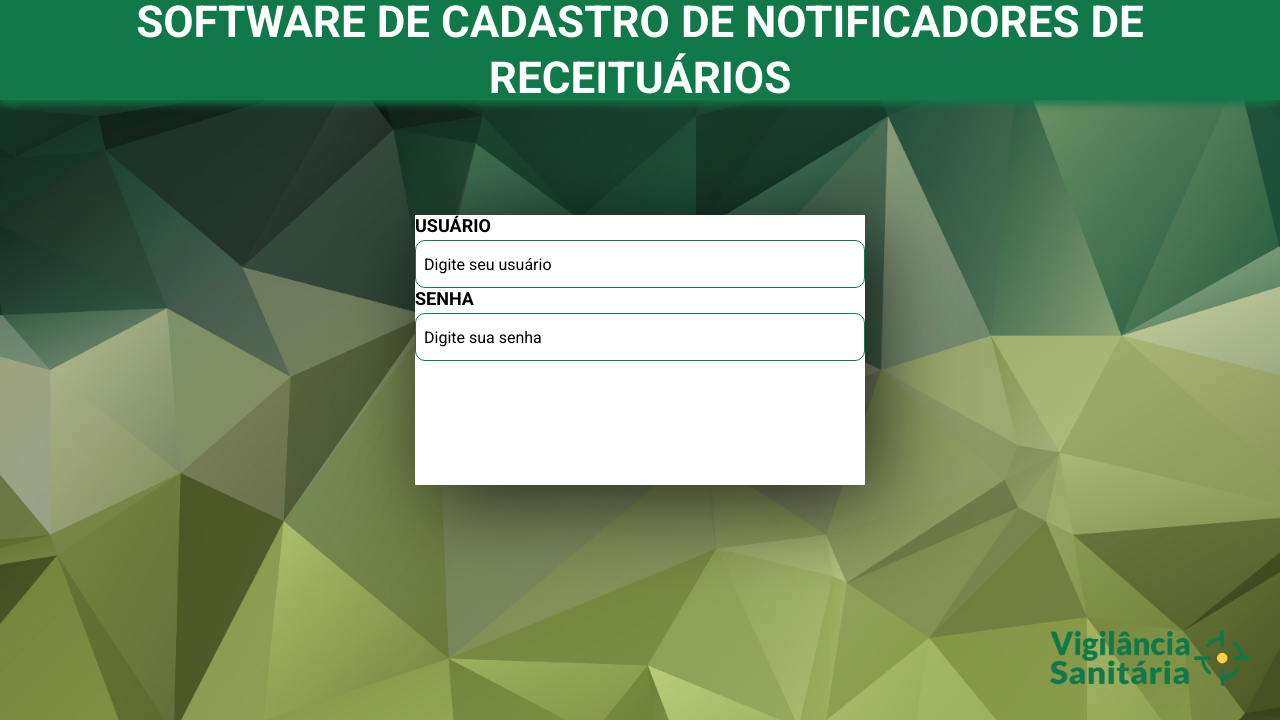
Repository: milena-rosa/web-prescription-notifier
Page: /
An editor plug-in stored every save of this project. The page is shown before and after the next save, followed by the edit.
The browser window is 1280 px wide. The pictures show the whole page.
The project was rebuilt for these pictures with package versions that can differ from the ones it lists, and the page was loaded fresh each time. Also part of the build but not shown: src/pages/Home/styles.ts, src/pages/Home/index.tsx.

Above is the page before, as saved 2021-11-07 13:18:34.

After the next save:
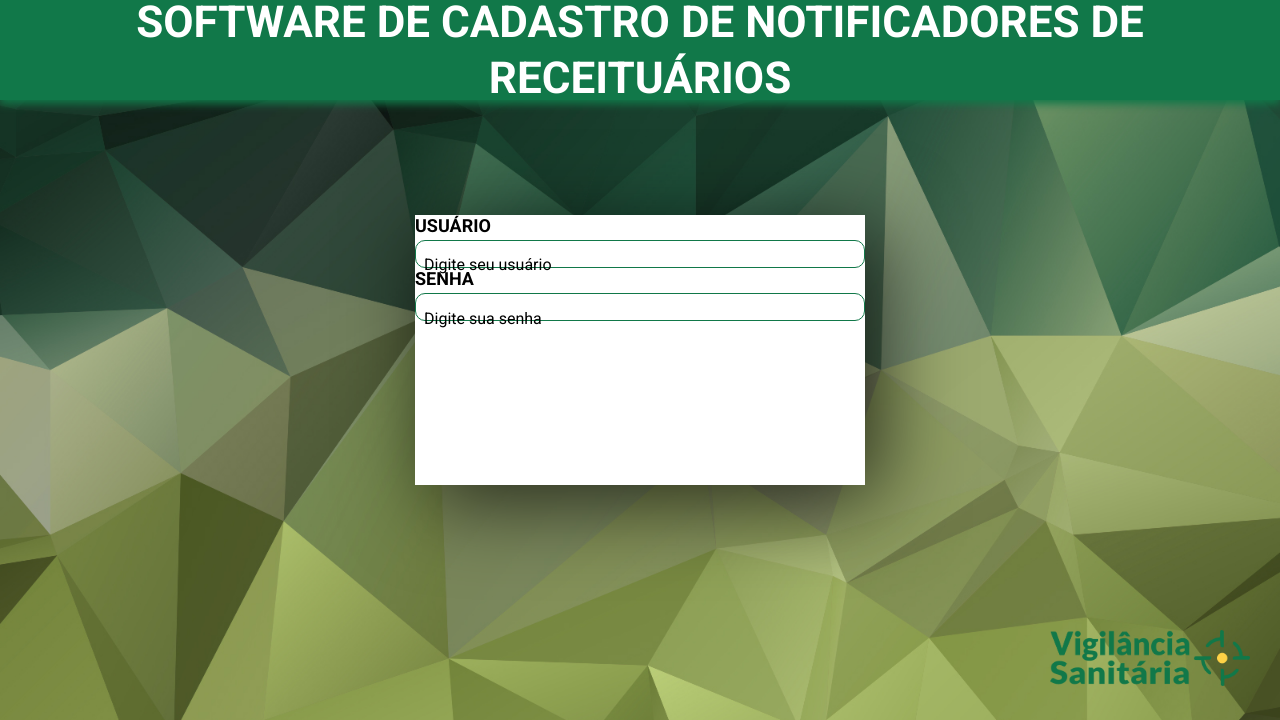
Saved 34 s later.
--- a/src/components/Input/styles.ts
+++ b/src/components/Input/styles.ts
@@ -16,7 +16,7 @@
   border: 1px solid ${(props) => (props.disabled ? 'transparent' : 'var(--green-primary)')};
   border-radius: 0.625rem;
   color: ${(props) => (props.disabled ? 'var(--gray-60)' : 'var(--black)')};
-  height: 3rem;
+  height: 1.76rem;
   position: relative;
 
   ${(props) =>
